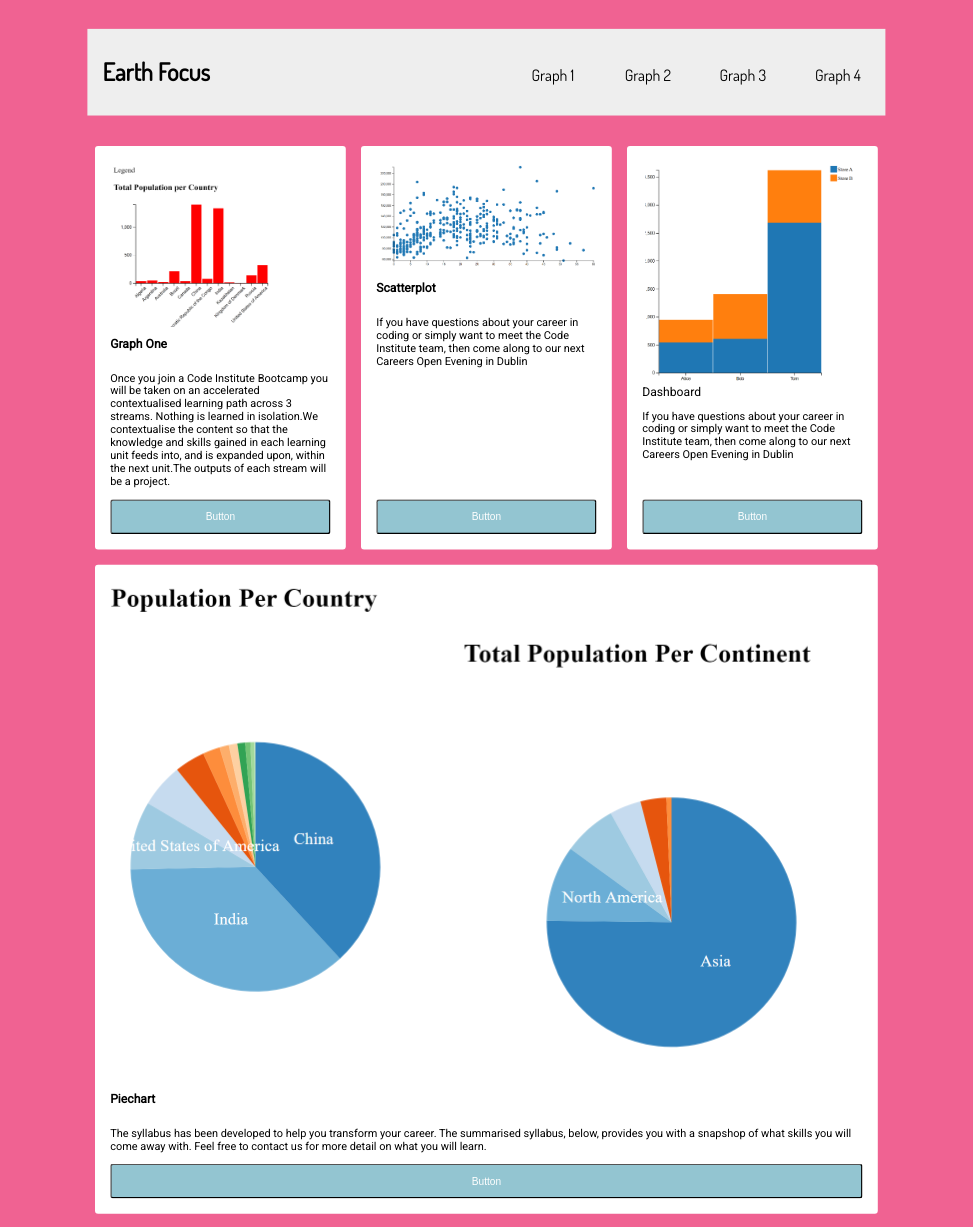
Repository: Code-Institute-Submissions/SOliv1-milestone2_NovResub
Page: index.html
The author's editor kept a record of every edit. The page is drawn from the files as they stood at one moment, then again after the next edit.
The browser window is 1280 px wide. The pictures show the whole page, at 76% of full size.
Some web libraries are served in a nearby version.

Above is the page before.

After the next edit:
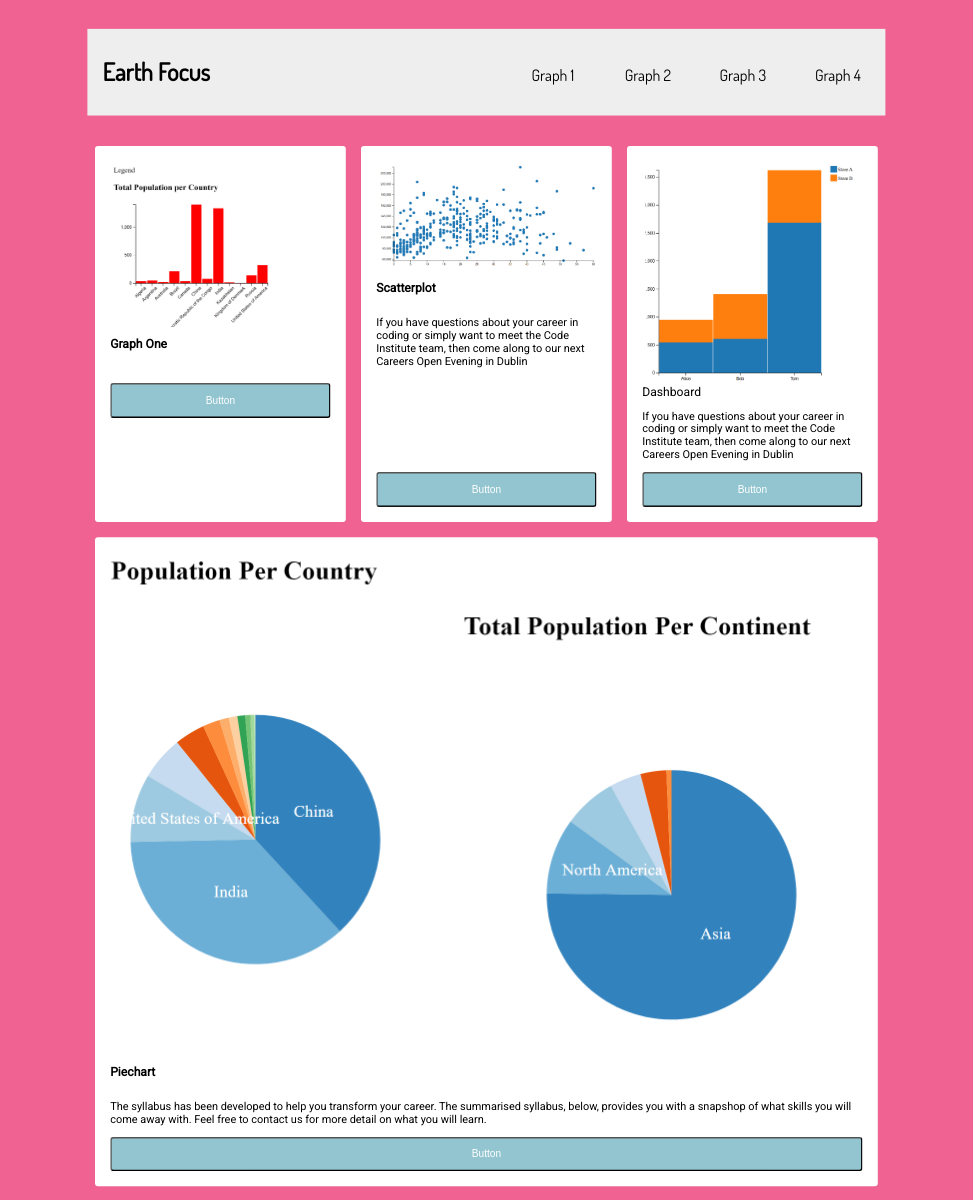
The edit:
--- a/index.html
+++ b/index.html
@@ -24,8 +24,7 @@
             <img class="card_image" src="img/1.png" alt=" icon"graph>
             <div class="card_bottom">
                 <h2 class="card_head">Graph One</h2>
-                <p class="card_para">Once you join a Code Institute Bootcamp you will be taken on an accelerated contextualised learning path across 3 streams. Nothing is learned in isolation.We contextualise the content so that the knowledge and skills gained in each learning
-                    unit feeds into, and is expanded upon, within the next unit.The outputs of each stream will be a project. </p>
+                <p class="card_para"> </p>
                 <button class="bottom_button" id="button_effects1 href="index.html>Button</button>
             </div>
         </div>
